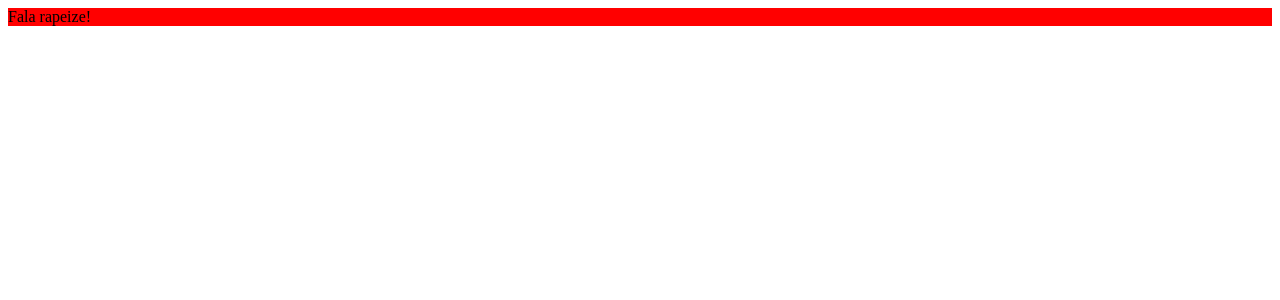
Repository: Herlander929/AluraTube
Page: /
An editor plug-in stored every save of this project. The page is shown before and after the next save, followed by the edit.
The browser window is 1280 px wide. The pictures show the whole page.
The project was rebuilt for these pictures with package versions that can differ from the ones it lists, and the page was loaded fresh each time. The framework's server and built-in components were replaced by stand-ins that run in the browser.

Above is the page before, as saved 2022-11-08 11:01:57.

### pages/index.js
function HomePage() {
    return (
        <div style={{backgroundColor: "red"}}>Fala rapeize!</div>
    )
  }

  export default HomePage

After the next save:
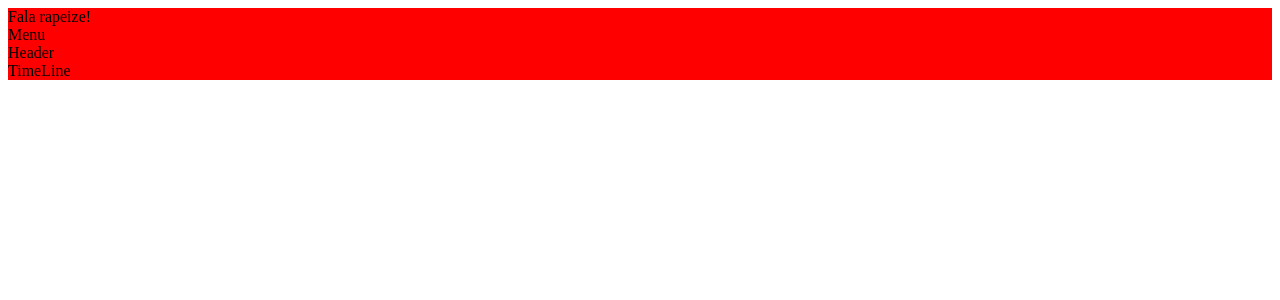
Saved 5 min 33 s later.
--- a/pages/index.js
+++ b/pages/index.js
@@ -1,7 +1,34 @@
 function HomePage() {
     return (
-        <div style={{backgroundColor: "red"}}>Fala rapeize!</div>
+        <div style={{backgroundColor: "red"}}>Fala rapeize!
+        <Menu></Menu>
+        <Header></Header>
+        <TimeLine></TimeLine>
+        </div>
     )
   }
 
   export default HomePage
+
+
+  function Menu() {
+    return (
+        <div>
+            Menu
+        </div>
+    )
+  }
+  function Header() {
+    return (
+        <div>
+            Header
+        </div>
+    )
+  }
+  function TimeLine() {
+    return (
+        <div>
+            TimeLine
+        </div>
+    )
+  }
